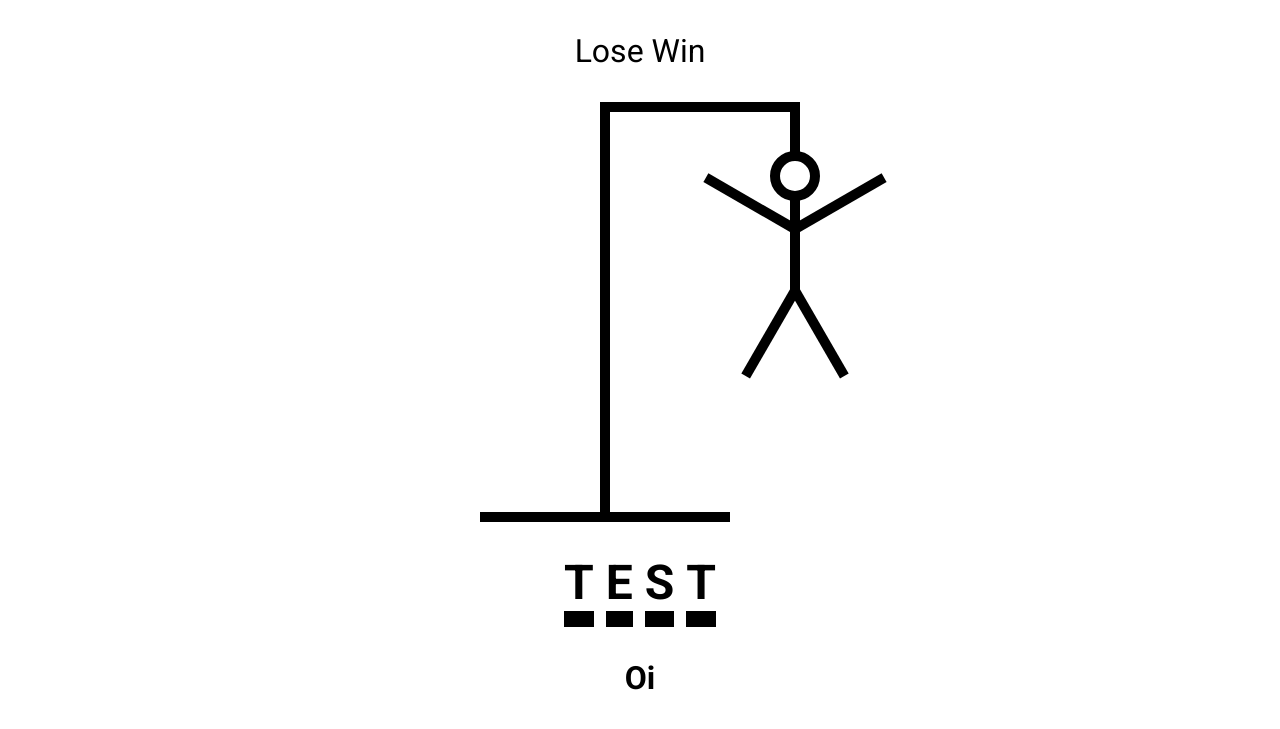
Repository: guilhermecardoso93/jogodaforca
Page: /
These files come from the project's save history. The page is drawn as it stood at one moment and after a run of saves; the edit follows.
The browser window is 1280 px wide. The pictures show the whole page.
The project was rebuilt for these pictures with package versions that can differ from the ones it lists, and the page was loaded fresh each time. Also part of the build but not shown: vite.config.ts.

Above is the page before, as saved 2022-12-06 21:13:53.

After the next 2 saves:
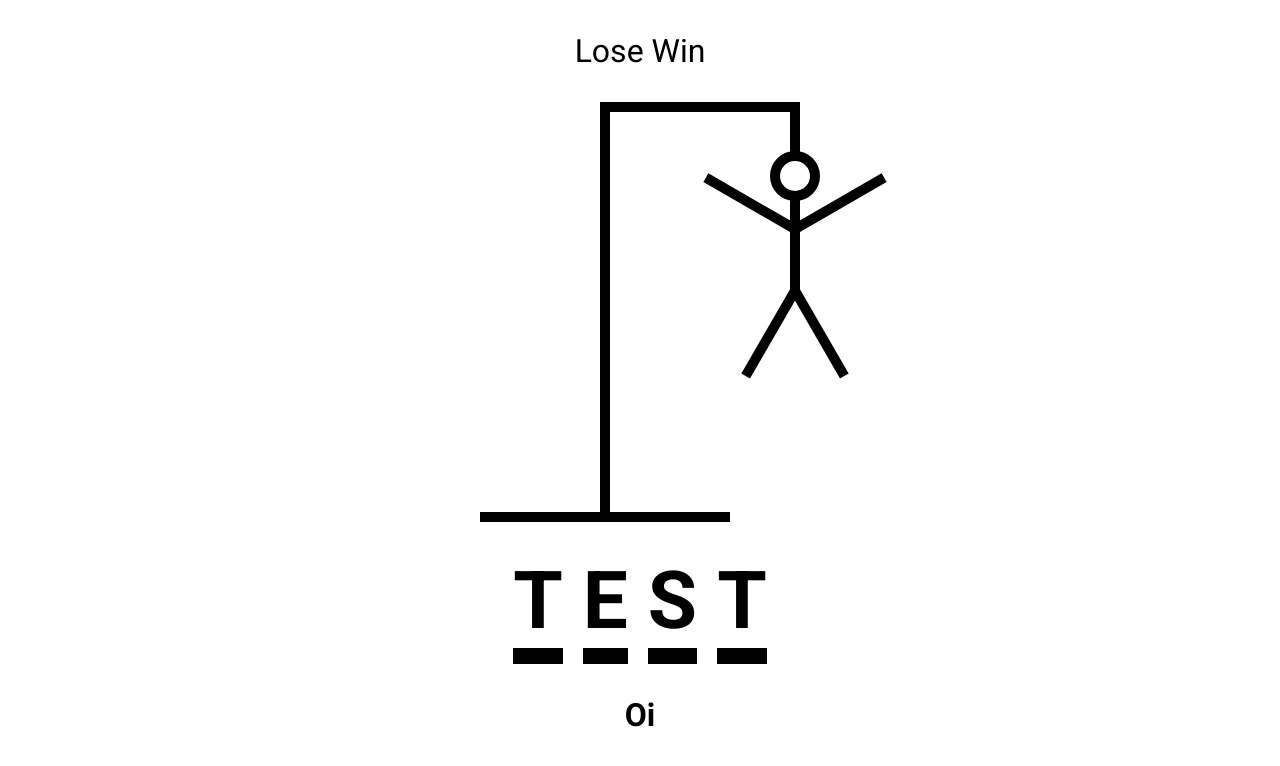
The 2 saves are shown as one change because they came seconds apart.
The last was saved 8 s later.
--- a/src/App.css
+++ b/src/App.css
@@ -27,7 +27,7 @@ body {
 .HangmanWordContainer {
   display: flex;
   gap: 0.25em;
-  font-size: 3rem;
+  font-size: 5rem;
   font-weight: bold;
   text-transform: uppercase;
 }
